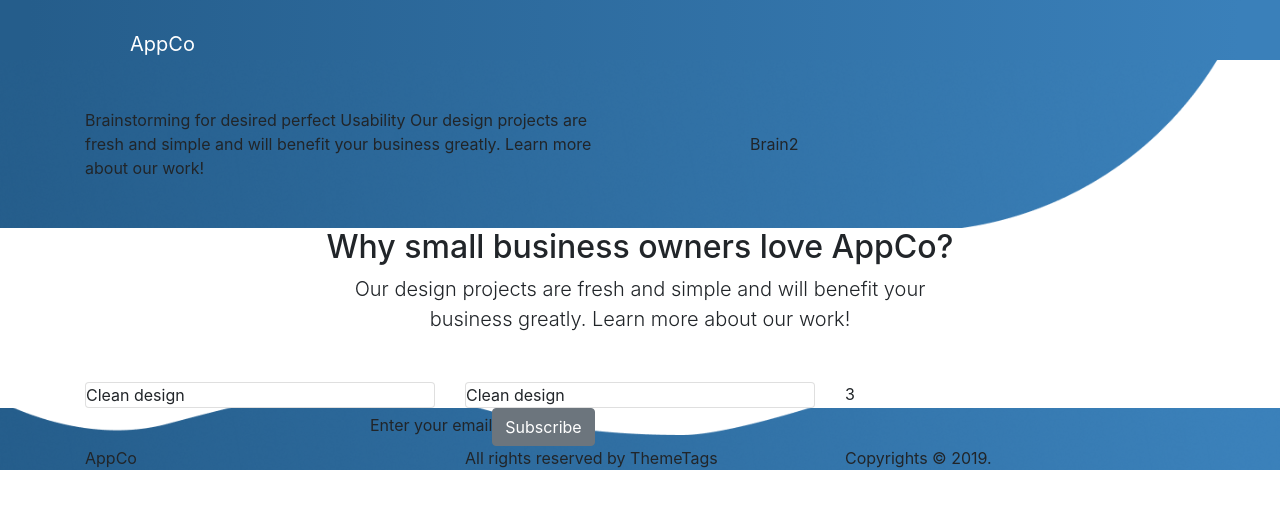
Repository: andbilous/user-statistics-app
Page: /
These files come from the project's save history. The page is drawn as it stood at one moment and after the next save; the edit follows.
The browser window is 1280 px wide. The pictures show the whole page.
The project was rebuilt for these pictures with package versions that can differ from the ones it lists, and the page was loaded fresh each time. Also part of the build but not shown: src/components/reasons/reasons.scss.

Above is the page before, as saved 2020-06-19 15:13:52.

### src/App.js
import React from 'react';
import Main from './pages/Main';
import './App.scss';

function App() {
  return (
    <div className="App">
      <Main/>
    </div>
  );
}

export default App;

### src/pages/Main.jsx
import React from "react";
import Header from "../components/Header";
import Brainstorming from "../components/brainstorming";
import Reasons from "../components/reasons";
import Footer from '../components/footer';

const Main = () => {
  return (
    <>
      <Header />
      <Brainstorming />
      <Reasons />
      <Footer />
    </>
  );
};

export default Main;

### src/App.scss
body {
  font-family: Montserrat;
  font-style: normal;
  font-weight: normal;
}
img {
  position: relative;
  display: block;
  width: 100%;
}

### src/components/Header/index.js
import React from 'react';
import './header.scss';
import { Container, Row, Col } from 'reactstrap';


const Header = () => {
    return (
      <header className='header bg-image'>
      <Container>
          <div className='navbar-brand'>
          AppCo
            </div>
      </Container>
      </header>
    )
};

export default Header;

### src/components/brainstorming/index.js
import React from 'react';
import { Container, Row, Col } from 'reactstrap';
import'./brainstorming.scss';


const Brainstorming = () => {
    return (
      <section className='brainstorming pt-100 bg-image'>
      <Container>
          <Row className="row align-items-center justify-content-between py-5">
            <Col className="col-md-7 col-lg-6">
              Brainstorming for desired perfect Usability
              Our design projects are fresh and simple and will benefit your business greatly. Learn more about our work!
              </Col>
            <Col className="col-md-5 col-lg-5">Brain2</Col>
          </Row>
      </Container>
      </section>
    )
};

export default Brainstorming;

### src/components/reasons/index.js
import React from 'react';
import './reasons.scss';
import { Container, Row, Col,Card } from 'reactstrap';


const Reasons = () => {
    return (
      <section className='reasons'>
      <Container>
          <Row className="justify-content-center">
          <Col className="col-lg-7 col-md-8">
            <div className='section-heading text-center mb-5'>
              <h2>Why small business owners love AppCo?</h2>
              <p className='lead'>
              Our design projects are fresh and simple and will benefit your business greatly. Learn more about our work!
              </p>
            </div>
          </Col>
          </Row>
          <Row className="justify-content-center">
            <Col className='col-lg-4 col-md'>
              <Card>
                Clean design
              </Card>
            </Col>
            <Col className='col-lg-4 col-md'>
            <Card>
                Clean design
              </Card>
            </Col>
            <Col className='col-lg-4 col-md'>3</Col>
          </Row>

      </Container>
      </section>
    )
};

export default Reasons;

### src/components/footer/index.js
import React from 'react';
import { Container, Row, Col,Button } from 'reactstrap';
import'./footer.scss';


const Footer = () => {
    return (
      <footer className='footer'>
        <Container>
          <Row className='justify-content-center'>
            <Col md='6'>
              <div>
                Enter your email
                <Button>Subscribe</Button>
              </div>
            </Col>
          </Row>
          <Row className='justify-content-between'>
            <Col className='col-md' lg='4'>
            AppCo
            </Col>
            <Col className='col-md' lg='4'>
            All rights reserved by ThemeTags
              </Col>
              <Col className='col-md' lg='4'>
              Copyrights © 2019.
              </Col>
          </Row>
        </Container>
      </footer>
    )
};

export default Footer;

### src/components/Header/header.scss
.header{
  width: 100%;
  height: 60px;
  background: linear-gradient(92.09deg, #255D8B 2.29%, #3A80BA 96.79%);
}

.navbar-brand {
  color: #fff;
  font-size: 40px;
  line-height: 49px;
  position: absolute;
  width: 136px;
  height: 49px;
  left: 130px;
  top: 24px;
}

### src/components/brainstorming/brainstorming.scss
.brainstorming{
  background-image: url(../../img/bg.png);
  background-repeat: no-repeat;
  background-position: center center;
  background-size: cover;
}

.bg-image{
  position: relative;
  width: 100%;
  display: block;
}

### src/components/footer/footer.scss
.footer{
  background-image: url(../../img/footer-bg.png);
  background-repeat: no-repeat;
  background-position: center center;
  background-size: cover;
}

Loaded but not shown: public/index.html (common file); src/index.js (common file); src/serviceWorker.js (common file)

After the next save:
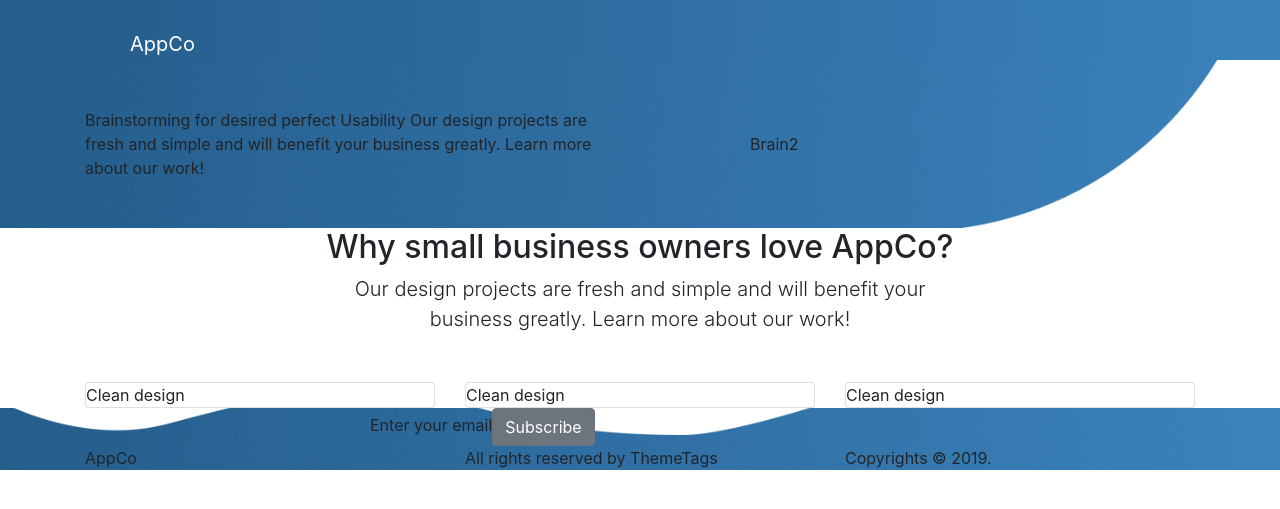
Saved 4 s later.
--- a/src/components/reasons/index.js
+++ b/src/components/reasons/index.js
@@ -28,7 +28,11 @@ const Reasons = () => {
                 Clean design
               </Card>
             </Col>
-            <Col className='col-lg-4 col-md'>3</Col>
+            <Col className='col-lg-4 col-md'>
+            <Card>
+                Clean design
+              </Card>
+            </Col>
           </Row>
 
       </Container>
